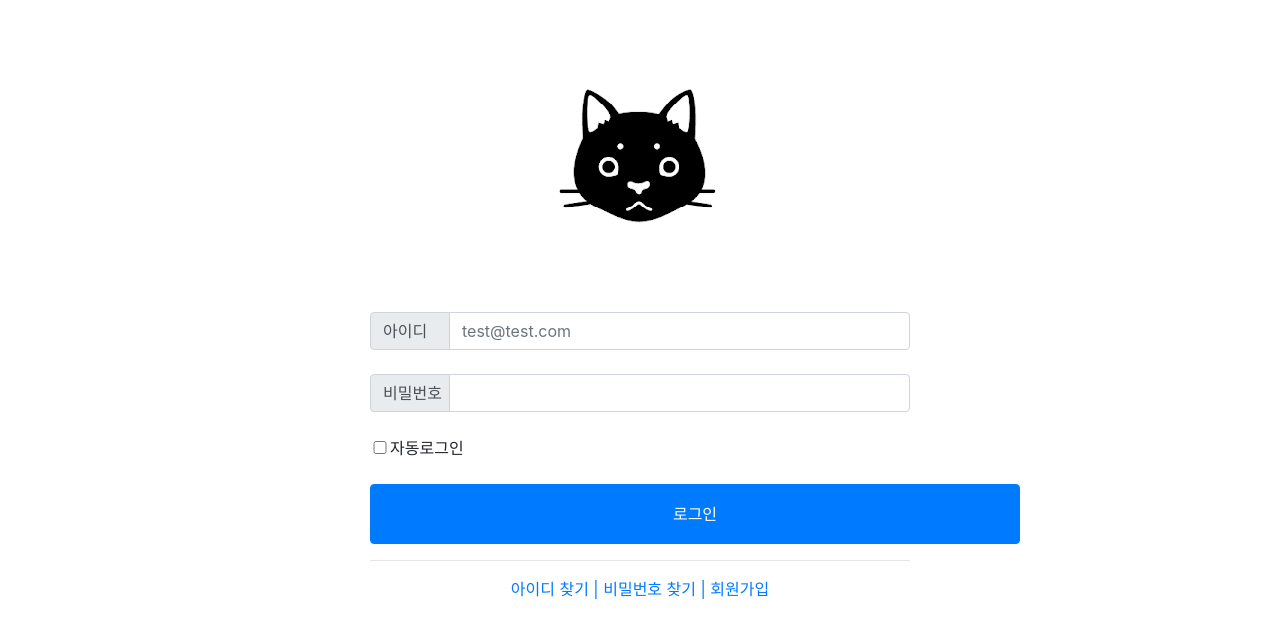
Repository: 0deepsleep/SpringMVCStudy
Page: http://localhost/TestProject/Login.jsp
The author's editor kept a copy of each file at every save. The page is drawn from the files as they stood at one save, then again after a run of saves.
The browser window is 1280 px wide. The pictures show the whole page.
The page is served by Tomcat 9.

Above is the page before, as saved 2019-06-14 09:46:25.

### TestProject/WebContent/Login.jsp
<%@ page contentType="text/html; charset=UTF-8"%>
<%@ taglib prefix="c" uri="http://java.sun.com/jsp/jstl/core" %>
<%
	request.setCharacterEncoding("UTF-8");
	String cp = request.getContextPath();
%>
<!DOCTYPE html>
<html>
<head>
<meta charset="UTF-8">
<title>Login.jsp</title>
<link rel="stylesheet" href="https://stackpath.bootstrapcdn.com/bootstrap/4.3.1/css/bootstrap.min.css">
<style type="text/css">
	.bolck
	{
		width: 80px;
	}

	.btn
	{
		width: 650px;
		height: 60px
	}


	#err1
	{
		display: none;
		color: red;
		font-size: small;
	}

	#err2
	{
		display: none;
		color: red;
		font-size: small;
	}
	*{text-align:left;}

</style>
<script type="text/javascript" src="https://ajax.googleapis.com/ajax/libs/jquery/3.4.1/jquery.min.js"></script>
<script type="text/javascript">

	$(document).ready(function()
	{
		$("#btn").click(function()
		{

			if($("#userId").val()=="" && $("#userPwd").val()=="")
			{
				$("#err1").css("display", "inline");
				$("#err2").css("display", "inline");
				return;
			}

			$("#err1").css("display", "none");

			if($("#userId").val()=="")
			{
				$("#err1").css("display", "inline");
				return;
			}

			$("#err2").css("display", "none");

			if( $("#userPwd").val()=="")
			{
				$("#err2").css("display", "inline");
				return;
			}

			$("#memberForm").submit();

		});


	});
</script>

</head>
<body>

<div class="text-center container">
	<img src="<%=cp %>/img/cat.png" class="rounded" alt="logo" style="margin-top: 60px;">
  <div class="row" style="margin-top: 60px;">
  	<div class="col-md-6 offset-md-3">
  		<div class="input-group" id="memberForm">
	  		<div class="input-group-prepend">
		    	<span class="input-group-text bolck">아이디</span>
		    </div>
		  <input type="text" id="userId" name="userId" class="form-control"
		  required="required" placeholder="test@test.com">
		    </div>
		    <span id="err1">아이디를 입력해주세요.</span><br>

		<div class="input-group" id="memberForm">
	  		<div class="input-group-prepend">
		    	<span class="input-group-text bolck">비밀번호</span>
		    </div>
		  	<input type="password" id="userPwd" name="userPwd" class="form-control"
		  required="required" >
		</div>
		<span id="err2">비밀번호를 입력해주세요.</span>
		<br><input type="checkbox" style="width: 20px;">자동로그인

		<br><br>
		<button type="button" id="btn" name="btn" class="btn-primary btn">로그인</button>
		<br><hr />

		<div style="text-align: center;">
				<a href="#"> 아이디 찾기 |</a>
				<a href="#"> 비밀번호 찾기 |</a>
				<a href="#"> 회원가입</a>
		</div>
	</div>
  </div>
</div>

</body>
</html>

After the next 2 saves:
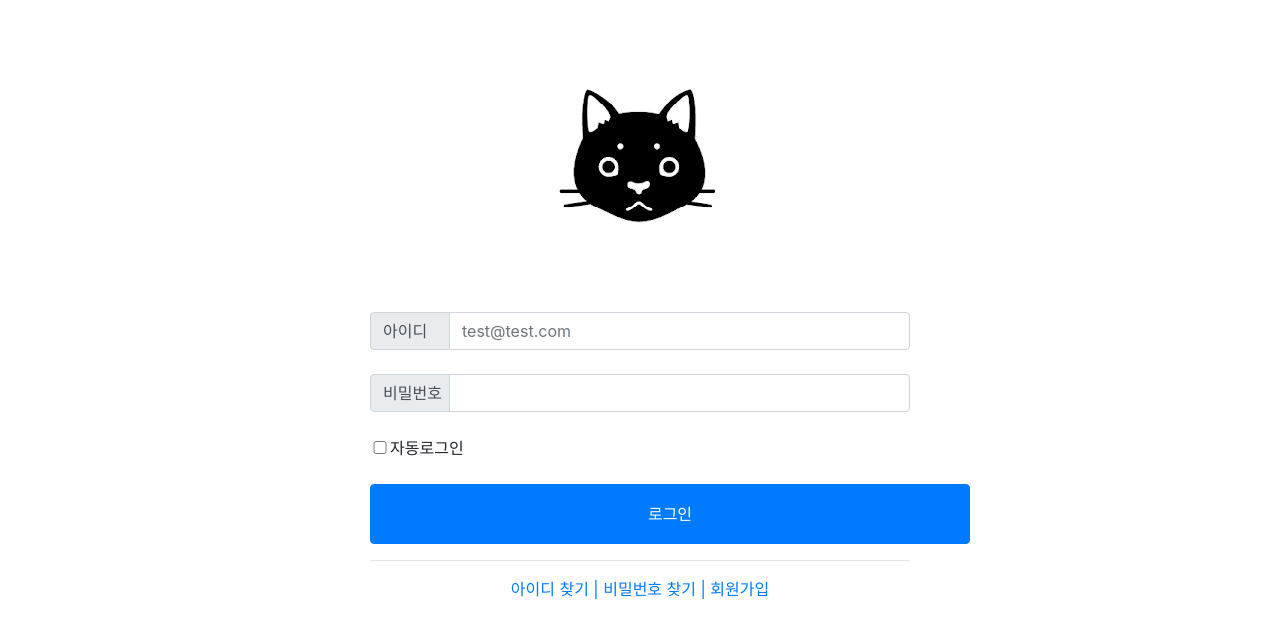
The 2 saves are shown as one change because they came seconds apart.
The last was saved 5 s later.
--- a/TestProject/WebContent/Login.jsp
+++ b/TestProject/WebContent/Login.jsp
@@ -18,7 +18,7 @@
 
 	.btn
 	{
-		width: 650px;
+		width: 600px;
 		height: 60px
 	}
 
